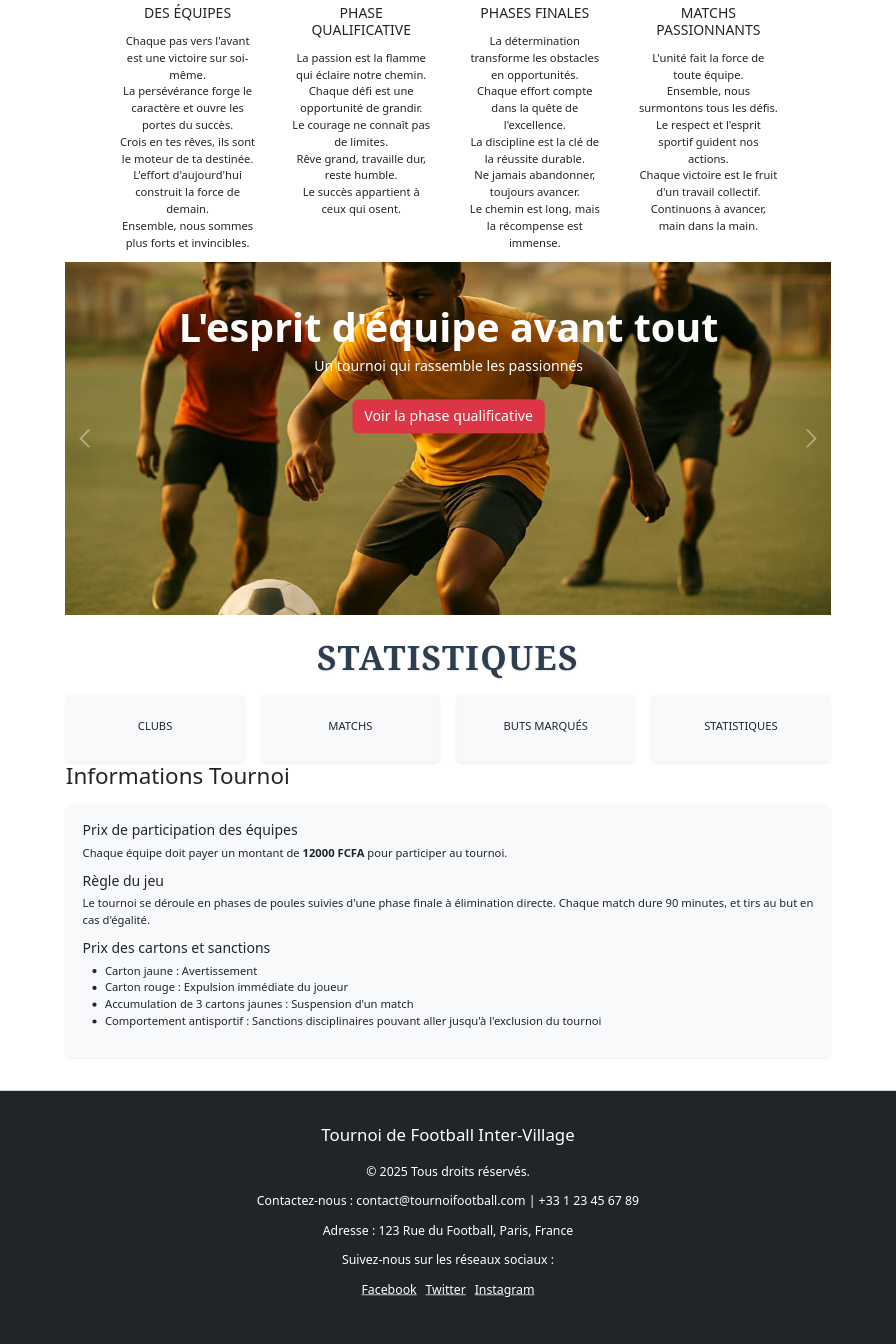
Repository: KILAYOSSI/tournoi_foot
Page: templates/pages/home.html.twig
The author's editor kept a copy of each file at every save. The page is drawn from the files as they stood at one save, then again after the next save.
The browser window is 1280 px wide. The pictures show the part of the page from y = 655 to 2575 px (the page is 2575 px tall before and 2485 px after), at 70% of full size.
The page is a Twig template of a Symfony application; nobody is signed in and links lead nowhere. The template is opened directly, without the code that normally fills it, so the values that code supplies are empty.

Above is the page before, as saved 2025-06-27 02:06:12.

### templates/pages/home.html.twig
{% extends 'base.html.twig' %}

{% block title %}Accueil - Tournoi de Football Inter-Village{% endblock %}

{% block body %}
<div class="container my-5">
    <section class="hero-section position-relative rounded overflow-hidden mb-5" style="height: 400px; border-radius: 0.5rem; background: url('{{ asset('assets/WhatsApp Image 2025-06-25 à 09.55.04_cf4f687a.jpg') }}') center center / cover no-repeat;">
        <div class="overlay position-absolute top-0 start-0 w-100 h-100" style="background: rgba(0, 0, 0, 0.5);"></div>
        <div class="hero-content position-relative h-100 d-flex flex-column justify-content-end align-items-center text-white text-center px-3">
            <a href="{{ path('about') }}" class="btn btn-outline-light btn-lg rounded-pill" style="font-weight: 700; letter-spacing: 0.1em; margin-right: 1010px; margin-top: -10px; margin-bottom: 10px;">En savoir plus</a>
            <div class="ticker-container mt-3 w-100" style="position: relative; background-color: rgba(255, 255, 255, 0.8); height: 40px; margin-top: 10px;">
                <div class="ticker-text">
                    Le prix de participation du tournoi est de 12000 FCFA. &nbsp;&nbsp;&nbsp;
                    Chaque équipe doit respecter les règles du jeu. &nbsp;&nbsp;&nbsp;
                    Les matchs durent 90 minutes avec prolongations si nécessaire. &nbsp;&nbsp;&nbsp;
                    Les cartons jaunes et rouges sont strictement appliqués. &nbsp;&nbsp;&nbsp;
                    Le fair-play est essentiel pour le bon déroulement du tournoi. &nbsp;&nbsp;&nbsp;
                </div>
            </div>
        </div>
    </section>
    <div class="icons-container mt-3">
        <div class="d-flex justify-content-center gap-5 flex-wrap text-center">
            <a href="{{ path('clubs_joueurs') }}" class="icon-text text-decoration-none text-dark" style="max-width: 200px;">
                <img src="{{ asset('assets/WhatsApp Image 2025-06-26 à 22.33.43_6d2c76fa.jpg') }}" alt="Icone 1" class="img-fluid mb-3" style="max-height: 150px; object-fit: contain;">
                <h5 class="mb-3">DES ÉQUIPES</h5>
                <p>
                    Chaque pas vers l'avant est une victoire sur soi-même.<br>
                    La persévérance forge le caractère et ouvre les portes du succès.<br>
                    Crois en tes rêves, ils sont le moteur de ta destinée.<br>
                    L'effort d'aujourd'hui construit la force de demain.<br>
                    Ensemble, nous sommes plus forts et invincibles.
                </p>
            </a>
            <a href="{{ path('phase_qualificative') }}" class="icon-text text-decoration-none text-dark" style="max-width: 200px;">
                <img src="{{ asset('assets/WhatsApp Image 2025-06-26 à 22.33.43_91d2cb3c.jpg') }}" alt="Icone 2" class="img-fluid mb-3" style="max-height: 150px; object-fit: contain;">
                <h5 class="mb-3">PHASE QUALIFICATIVE</h5>
                <p>
                    La passion est la flamme qui éclaire notre chemin.<br>
                    Chaque défi est une opportunité de grandir.<br>
                    Le courage ne connaît pas de limites.<br>
                    Rêve grand, travaille dur, reste humble.<br>
                    Le succès appartient à ceux qui osent.
                </p>
            </a>
            <a href="{{ path('phase_finale') }}" class="icon-text text-decoration-none text-dark" style="max-width: 200px;">
                <img src="{{ asset('assets/WhatsApp Image 2025-06-26 à 22.33.45_8dd9a1c0.jpg') }}" alt="Icone 3" class="img-fluid mb-3" style="max-height: 150px; object-fit: contain;">
                 <h5 class="mb-3">PHASES FINALES</h5>
                <p>
                    La détermination transforme les obstacles en opportunités.<br>
                    Chaque effort compte dans la quête de l'excellence.<br>
                    La discipline est la clé de la réussite durable.<br>
                    Ne jamais abandonner, toujours avancer.<br>
                    Le chemin est long, mais la récompense est immense.
                </p>
            </a>
            <a href="{{ path('calendrier') }}" class="icon-text text-decoration-none text-dark" style="max-width: 200px;">
                <img src="{{ asset('assets/WhatsApp Image 2025-06-25 à 00.20.17_b34a09f6.jpg') }}" alt="Icone 4" class="img-fluid mb-3" style="max-height: 150px; object-fit: contain;">
                 <h5 class="mb-3">MATCHS PASSIONNANTS</h5>
                <p>
                    L'unité fait la force de toute équipe.<br>
                    Ensemble, nous surmontons tous les défis.<br>
                    Le respect et l'esprit sportif guident nos actions.<br>
                    Chaque victoire est le fruit d'un travail collectif.<br>
                    Continuons à avancer, main dans la main.
                </p>
            </a>
        </div>
    </div>
<section id="heroCarousel" class="carousel slide carousel-fade" data-bs-ride="carousel" data-bs-interval="3000" data-bs-pause="false" style="height: 70vh; overflow: hidden;">
        <div class="carousel-inner h-100">
            <div class="carousel-item active carousel-item" style="background: url('{{ asset('assets/WhatsApp Image 2025-06-02 à 13.04.58_57d057cd.jpg') }}') center center / cover no-repeat; height: 70vh; position: relative; animation: kenBurnsZoom 20s ease-in-out infinite;">
                <div class="carousel-caption d-flex flex-column justify-content-center align-items-center h-100 text-center text-white" style="bottom: 20%;">
                    <h1 class="display-4 fw-bold animate__animated animate__fadeInDown">Vivez la passion du football</h1>
                    <p class="lead animate__animated animate__fadeInUp">Rejoignez-nous pour un tournoi inoubliable</p>
                    <a href="{{ path('clubs_joueurs') }}" class="btn btn-primary btn-lg mt-3 animate__animated animate__fadeInUp">Découvrir les équipes</a>
                </div>
            </div>
            <div class="carousel-item carousel-item" style="background: url('{{ asset('assets/WhatsApp Image 2025-06-26 à 02.39.00_f792be52.jpg') }}') center center / cover no-repeat; height: 70vh; position: relative; animation: kenBurnsZoom 20s ease-in-out infinite;">
                <div class="carousel-caption d-flex flex-column justify-content-center align-items-center h-100 text-center text-white" style="bottom: 20%;">
                    <h1 class="display-4 fw-bold animate__animated animate__fadeInDown">L'esprit d'équipe avant tout</h1>
                    <p class="lead animate__animated animate__fadeInUp">Un tournoi qui rassemble les passionnés</p>
                    <a href="{{ path('phase_qualificative') }}" class="btn btn-danger btn-lg mt-3 animate__animated animate__fadeInUp">Voir la phase qualificative</a>
                </div>
            </div>
            <div class="carousel-item carousel-item" style="background: url('{{ asset('assets/WhatsApp Image 2025-06-26 à 22.33.44_536a08b8.jpg') }}') center center / cover no-repeat; height: 70vh; position: relative; animation: kenBurnsZoom 20s ease-in-out infinite;">
                <div class="carousel-caption d-flex flex-column justify-content-center align-items-center h-100 text-center text-white" style="bottom: 20%;">
                    <h1 class="display-4 fw-bold animate__animated animate__fadeInDown">Vivez l'émotion des phases finales</h1>
                    <p class="lead animate__animated animate__fadeInUp">Des matchs intenses et passionnants</p>
                    <a href="{{ path('phase_finale') }}" class="btn btn-success btn-lg mt-3 animate__animated animate__fadeInUp">Voir les phases finales</a>
                </div>
            </div>
        </div>
        <button class="carousel-control-prev" type="button" data-bs-target="#heroCarousel" data-bs-slide="prev" style="width: 5%;">
            <span class="carousel-control-prev-icon" aria-hidden="true"></span>
            <span class="visually-hidden">Précédent</span>
        </button>
        <button class="carousel-control-next" type="button" data-bs-target="#heroCarousel" data-bs-slide="next" style="width: 5%;">
            <span class="carousel-control-next-icon" aria-hidden="true"></span>
            <span class="visually-hidden">Suivant</span>
        </button>
    </section>

    <style>
        @keyframes kenBurnsZoom {
            0% {
                transform: scale(1) translate(0, 0);
            }
            50% {
                transform: scale(1.1) translate(10px, 10px);
            }
            100% {
                transform: scale(1) translate(0, 0);
            }
        }
        .carousel-item {
            height: 100vh;
            background-size: cover;
            background-position: center;
            position: relative;
        }
        .carousel-caption {
            bottom: 20%;
            animation: fadeInUp 1s ease-in-out;
        }
        @keyframes fadeInUp {
            from {
                opacity: 0;
                transform: translate3d(0, 40px, 0);
            }
            to {
                opacity: 1;
                transform: none;
            }
        }
        @media (max-width: 768px) {
            .carousel-caption h1 {
                font-size: 1.8rem;
            }
            .carousel-caption p {
                font-size: 1rem;
            }
            .carousel-caption .btn {
                font-size: 0.9rem;
                padding: 0.5rem 1rem;
            }
        }
    </style>




    <section>
        <h2 class="mb-4 text-center" style="font-family: 'Georgia', serif; font-weight: 700; font-size: 3rem; color: #2c3e50; text-shadow: 1px 1px 2px rgba(0,0,0,0.1); letter-spacing: 2px; margin-top: 2rem;">STATISTIQUES</h2>
        <div class="row text-center g-4">
            <div class="col-md-3">
                <div class="stat-card p-4 rounded shadow-sm bg-light number-font number-animated number-test">
            <h3 class="fw-bold display-1">{{ clubsCount }}</h3>
            <p>CLUBS</p>
                </div>
            </div>
            <div class="col-md-3">
                <div class="stat-card p-4 rounded shadow-sm bg-light number-font number-animated number-test">
            <h3 class="fw-bold display-1">{{ matchsCount }}</h3>
            <p>MATCHS</p>
                </div>
            </div>
            <div class="col-md-3">
                <div class="stat-card p-4 rounded shadow-sm bg-light number-font number-animated number-test">
            <h3 class="fw-bold display-1">{{ butsCount }}</h3>
            <p>BUTS MARQUÉS</p>
                </div>
            </div>
            <div class="col-md-3">
                <div class="stat-card p-4 rounded shadow-sm bg-light number-font number-animated number-test">
            <h3 class="fw-bold display-1">{{ statistiquesCount }}</h3>
            <p>STATISTIQUES</p>
                </div>
            </div>
        </div>
    </section>

    <section class="mb-5">
        <h2 class="mb-4">Informations Tournoi</h2>
        <div class="p-4 rounded shadow-sm bg-light">
            <h5>Prix de participation des équipes</h5>
            <p>Chaque équipe doit payer un montant de <strong>12000 FCFA</strong> pour participer au tournoi.</p>
            <h5>Règle du jeu</h5>
            <p>Le tournoi se déroule en phases de poules suivies d'une phase finale à élimination directe. Chaque match dure 90 minutes, et tirs au but en cas d'égalité.</p>
            <h5>Prix des cartons et sanctions</h5>
            <ul>
                <li>Carton jaune : Avertissement</li>
                <li>Carton rouge : Expulsion immédiate du joueur</li>
                <li>Accumulation de 3 cartons jaunes : Suspension d'un match</li>
                <li>Comportement antisportif : Sanctions disciplinaires pouvant aller jusqu'à l'exclusion du tournoi</li>
            </ul>
        </div>
    </section>
</div>
{% endblock %}

### templates/base.html.twig
<!DOCTYPE html>
<html lang="fr">
<head>
    <meta charset="UTF-8" />
    <meta name="viewport" content="width=device-width, initial-scale=1" />
    <title>{% block title %}Tournoi de Football Inter-Village{% endblock %}</title>
    <link href="https://cdn.jsdelivr.net/npm/bootstrap@5.3.0/dist/css/bootstrap.min.css" rel="stylesheet" />
    <link rel="stylesheet" href="{{ asset('css/style.css') }}" />
    <link rel="stylesheet" href="{{ asset('css/custom_home.css') }}" />
    {% block stylesheets %}{% endblock %}
</head>
<body>
    <header>
        <nav class="navbar navbar-expand-lg fixed-top" style="background: linear-gradient(90deg, #4b6cb7 0%, #182848 100%); box-shadow: 0 4px 6px rgba(0,0,0,0.1);">
            <div class="container">
                <a class="navbar-brand d-flex align-items-center" href="{{ path('home') }}" style="font-weight: bold; font-size: 1.5rem; color: white; text-shadow: 0 0 5px rgba(255,255,255,0.7);">
<img src="{{ asset('assets/WhatsApp Image 2025-06-23 à 13.44.55_704b8a70.jpg') }}" alt="Logo" height="80" class="d-inline-block align-text-top me-2" style="filter: drop-shadow(0 0 5px #fff); border-radius: 0.5rem; max-height: 100px; max-width: 100px; object-fit: contain;"/>
                    <span style="background: linear-gradient(45deg, #ff6a00, #ee0979); -webkit-background-clip: text; -webkit-text-fill-color: transparent;">Tournoi Foot</span>
                </a>
                <button
                    class="navbar-toggler border-0"
                    type="button"
                    data-bs-toggle="collapse"
                    data-bs-target="#megaNavbar"
                    aria-controls="megaNavbar"
                    aria-expanded="false"
                    aria-label="Toggle navigation"
                >
                    <span class="navbar-toggler-icon" style="filter: invert(1);"></span>
                </button>

                <div class="collapse navbar-collapse" id="megaNavbar">
                    <ul class="navbar-nav ms-auto mb-2 mb-lg-0 fw-semibold">
                        <li class="nav-item">
                            <a class="nav-link text-white d-flex align-items-center" href="{{ path('home') }}">
                                <i class="fas fa-home me-1"></i> Accueil
                            </a>
                        </li>
                        <li class="nav-item dropdown">
                            <a class="nav-link dropdown-toggle text-white d-flex align-items-center" href="#" id="servicesDropdown" role="button" data-bs-toggle="dropdown" aria-expanded="false">
                                <i class="fas fa-star me-1"></i> Services
                            </a>
                            <ul class="dropdown-menu dropdown-menu-dark" aria-labelledby="servicesDropdown" style="background: linear-gradient(135deg, #667eea, #764ba2); border: none; box-shadow: 0 4px 10px rgba(0,0,0,0.3);">
                                <li><a class="dropdown-item text-white" href="{{ path('vote') }}"><i class="fas fa-vote-yea me-2"></i> Vote</a></li>
                                <li><a class="dropdown-item text-white" href="{{ path('match_du_jour') }}"><i class="fas fa-futbol me-2"></i> Matchs du jour</a></li>
                                <li><a class="dropdown-item text-white" href="{{ path('statistiques') }}"><i class="fas fa-chart-bar me-2"></i> Statistiques</a></li>
                                <li><a class="dropdown-item text-white" href="{{ path('calendrier') }}"><i class="fas fa-calendar-alt me-2"></i> Calendrier</a></li>
                                <li><a class="dropdown-item text-white" href="{{ path('clubs_joueurs') }}"><i class="fas fa-users me-2"></i> Clubs & Joueurs</a></li>
                            </ul>
                        </li>
                        <li class="nav-item">
                            <a class="nav-link text-white d-flex align-items-center" href="{{ path('about') }}">
                                <i class="fas fa-info-circle me-1"></i> Qui sommes-nous ?
                            </a>
                        </li>
                        <li class="nav-item">
                            {# Suppression du menu Contact #}
                        </li>
                    </ul>
                </div>
            </div>
        </nav>
    </header>

    <main class="container my-4">
        {% block body %}{% endblock %}
    </main>

    <footer class="bg-dark text-white text-center py-5" style="min-height: 300px;">
        <div class="container">
            <h4 class="mb-4">Tournoi de Football Inter-Village</h4>
            <p>© {{ "now"|date("Y") }} Tous droits réservés.</p>
            <p>Contactez-nous : contact@tournoifootball.com | +33 1 23 45 67 89</p>
            <p>Adresse : 123 Rue du Football, Paris, France</p>
            <p>Suivez-nous sur les réseaux sociaux :</p>
            <ul class="list-inline">
                <li class="list-inline-item"><a href="#" class="text-white">Facebook</a></li>
                <li class="list-inline-item"><a href="#" class="text-white">Twitter</a></li>
                <li class="list-inline-item"><a href="#" class="text-white">Instagram</a></li>
            </ul>
        </div>
    </footer>

    <script src="https://cdn.jsdelivr.net/npm/bootstrap@5.3.0/dist/js/bootstrap.bundle.min.js"></script>
    {% block javascripts %}
    {% endblock %}
</body>
</html>

### public/css/style.css
/* Style CSS with hover effect green, enlarged statistics title and numbers */

.navbar-nav .nav-link.dropdown-toggle.fs-4.fw-bold.text-danger {
    color: #28a745 !important; /* green color */
}

.navbar-nav .dropdown-menu {
    border: 2px solid #28a745 !important; /* green border */
}

.navbar-nav .nav-link.statistiques-link {
    font-size: 1.2rem;
    font-weight: bold;
    color: #28a745 !important;
}

.cartons-table tbody tr:hover {
    transform: translateY(-5px);
    background-color: #d4edda; /* light green background on hover */
}

h1.text-center.mb-4.fw-bold {
    font-size: 2.5rem !important; /* enlarged title */
    color: #28a745 !important;
}

/* Additional styling for footer */
footer.bg-dark.text-white.text-center.py-5 {
    font-size: 1.1rem;
}

/* Add any other styles you remember from your modifications here */

### public/css/custom_home.css
.custom-margin {
    margin-right: 20px !important;
    float: left !important;
}

.margin-right-only {
    margin-right: 20px !important;
}

/* Styles pour le ticker d'informations défilantes */
.ticker-container {
    width: 100%;
    overflow: hidden;
    background-color: transparent;
    border-top: 1px solid #000;
    border-bottom: 1px solid #000;
    padding: 10px 0;
    box-sizing: border-box;
    position: relative;
    height: 30px;
}

.ticker-text {
    display: inline-block;
    white-space: nowrap;
    color: black;
    font-size: 1rem;
    position: absolute;
    will-change: transform;
    animation: ticker-scroll 15s linear infinite;
}

@keyframes ticker-scroll {
    0% {
        transform: translateX(100%);
    }
    100% {
        transform: translateX(-100%);
    }
}

After the next save:
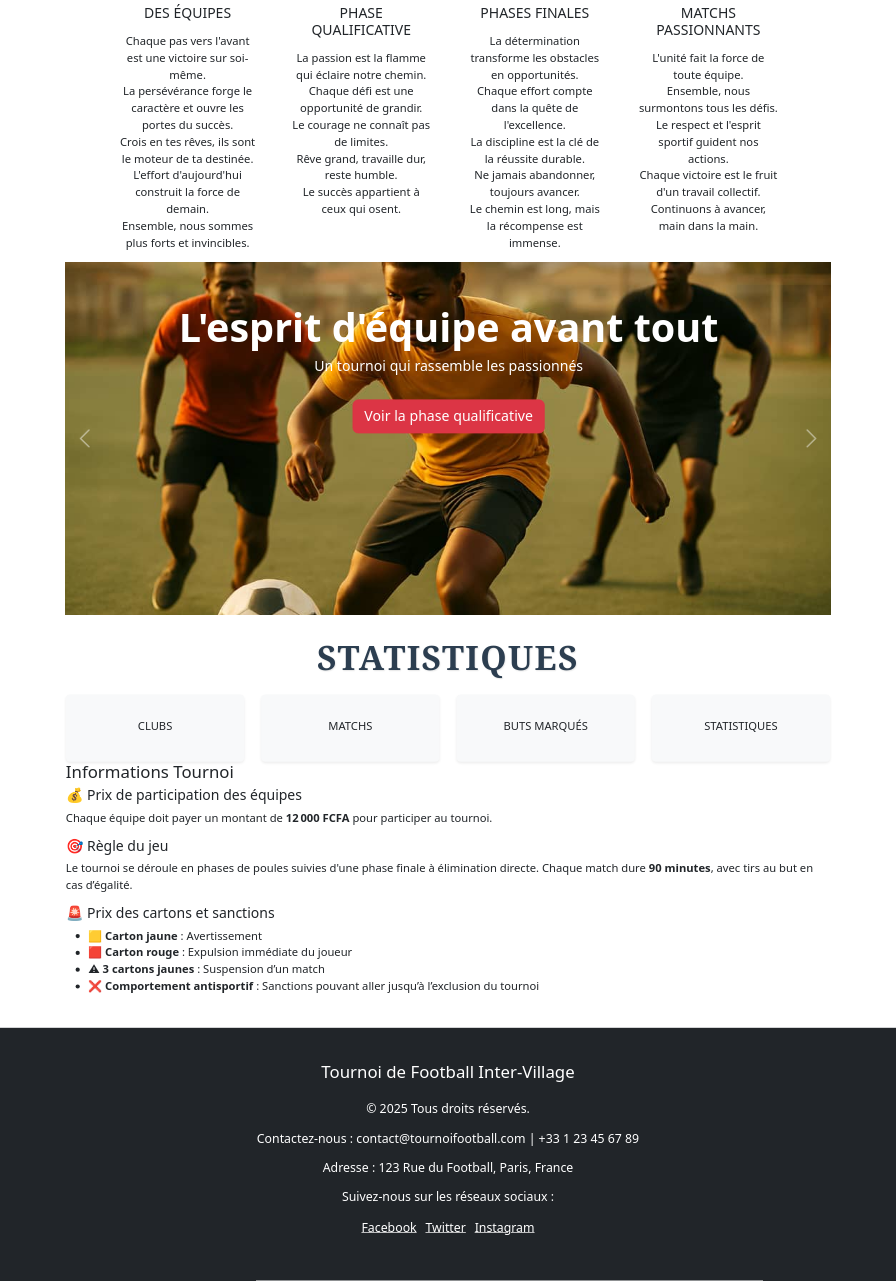
Saved 14 min 46 s later.
--- a/templates/pages/home.html.twig
+++ b/templates/pages/home.html.twig
@@ -180,19 +180,21 @@
         </div>
     </section>
 
-    <section class="mb-5">
-        <h2 class="mb-4">Informations Tournoi</h2>
-        <div class="p-4 rounded shadow-sm bg-light">
-            <h5>Prix de participation des équipes</h5>
-            <p>Chaque équipe doit payer un montant de <strong>12000 FCFA</strong> pour participer au tournoi.</p>
-            <h5>Règle du jeu</h5>
-            <p>Le tournoi se déroule en phases de poules suivies d'une phase finale à élimination directe. Chaque match dure 90 minutes, et tirs au but en cas d'égalité.</p>
-            <h5>Prix des cartons et sanctions</h5>
+    <section class="info-tournoi-card">
+        <h4>Informations Tournoi</h4>
+        <div>
+            <h5>💰 Prix de participation des équipes</h5>
+            <p>Chaque équipe doit payer un montant de <strong>12 000 FCFA</strong> pour participer au tournoi.</p>
+
+            <h5>🎯 Règle du jeu</h5>
+            <p>Le tournoi se déroule en phases de poules suivies d'une phase finale à élimination directe. Chaque match dure <strong>90 minutes</strong>, avec tirs au but en cas d’égalité.</p>
+
+            <h5>🚨 Prix des cartons et sanctions</h5>
             <ul>
-                <li>Carton jaune : Avertissement</li>
-                <li>Carton rouge : Expulsion immédiate du joueur</li>
-                <li>Accumulation de 3 cartons jaunes : Suspension d'un match</li>
-                <li>Comportement antisportif : Sanctions disciplinaires pouvant aller jusqu'à l'exclusion du tournoi</li>
+                <li>🟨 <strong>Carton jaune</strong> : Avertissement</li>
+                <li>🟥 <strong>Carton rouge</strong> : Expulsion immédiate du joueur</li>
+                <li>⚠ <strong>3 cartons jaunes</strong> : Suspension d’un match</li>
+                <li>❌ <strong>Comportement antisportif</strong> : Sanctions pouvant aller jusqu’à l’exclusion du tournoi</li>
             </ul>
         </div>
     </section>
